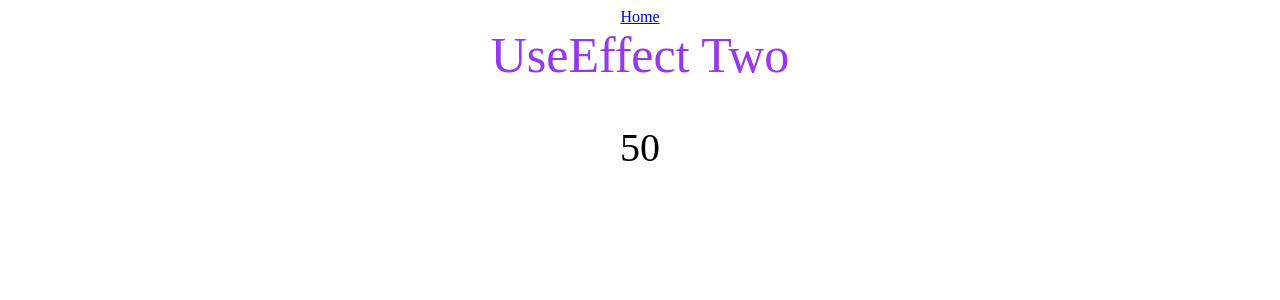
Repository: KanaKimishima/carousel
Page: /useEffectTwo
These files come from the project's save history. The page is drawn as it stood at one moment and after the next save; the edit follows.
The browser window is 1280 px wide. The pictures show the whole page.
The project was rebuilt for these pictures with package versions that can differ from the ones it lists, and the page was loaded fresh each time. The framework's server and built-in components were replaced by stand-ins that run in the browser. Also part of the build but not shown: next.config.js.

Above is the page before, as saved 2023-02-21 01:07:50.

After the next save:
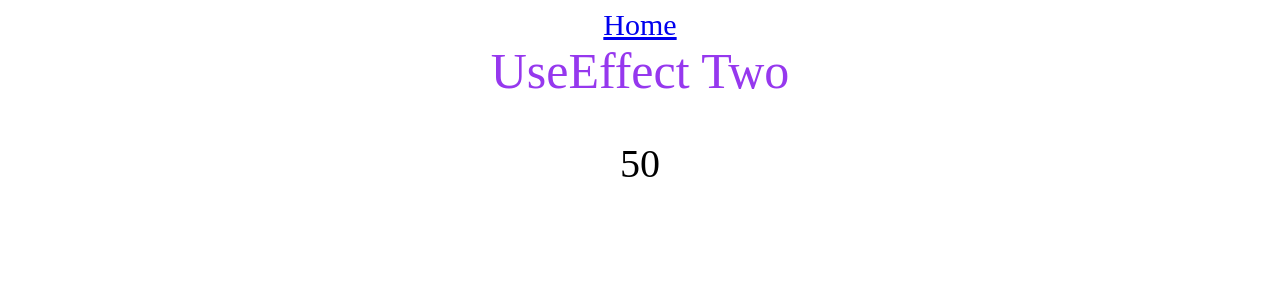
Saved 10 s later.
--- a/styles/UseEffectTwo.module.css
+++ b/styles/UseEffectTwo.module.css
@@ -1,5 +1,10 @@
 .main {
     text-align: center;
+}
+
+.home {
+    font-size: 30px;
+
 }
 
 .heading {
